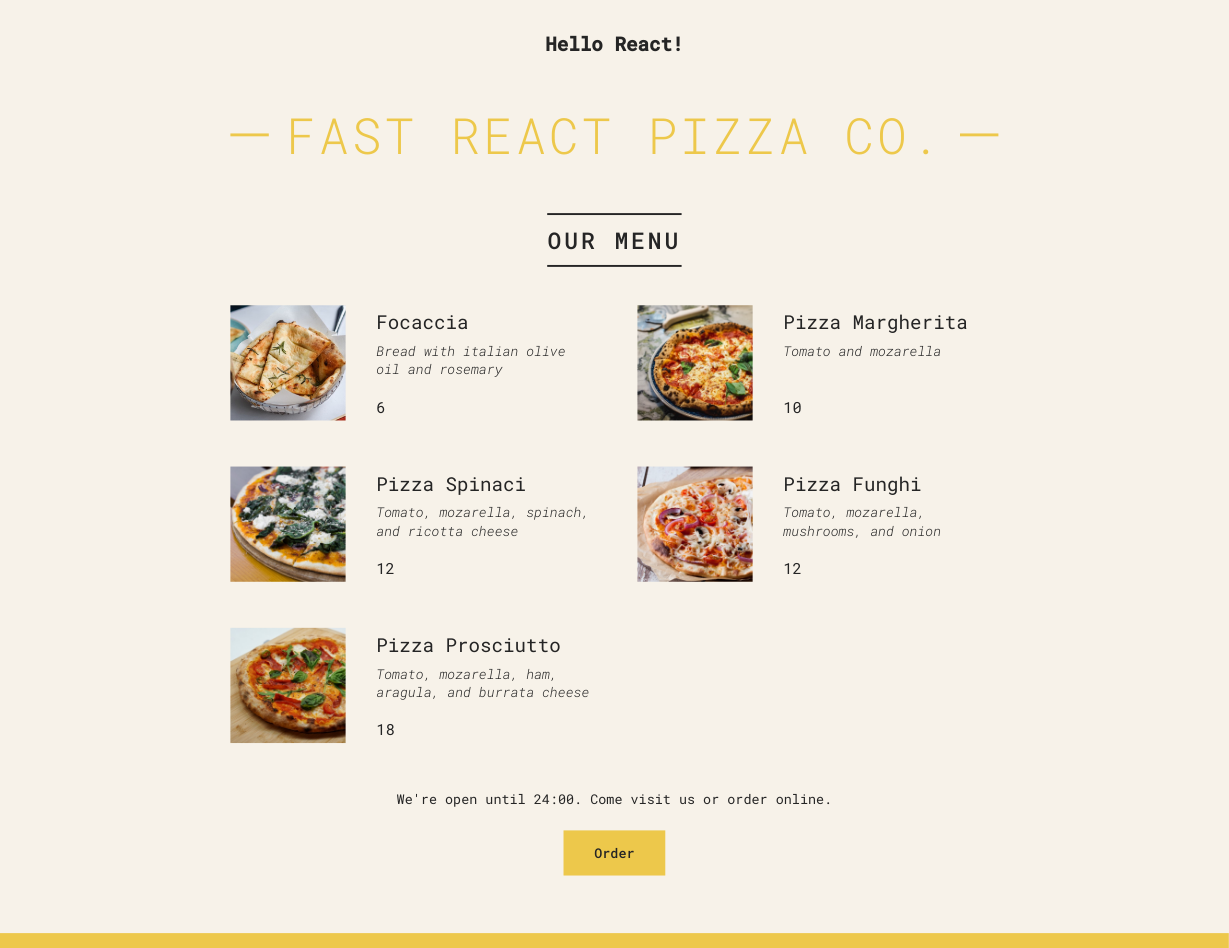
Repository: Alphosmart/03_pizza-menu
Page: /
An editor plug-in stored every save of this project. The page is shown before and after the next save, followed by the edit.
The browser window is 1280 px wide. The pictures show the whole page, at 96% of full size.
The project was rebuilt for these pictures with package versions that can differ from the ones it lists, and the page was loaded fresh each time.

Above is the page before, as saved 2024-06-17 23:57:46.

After the next save:
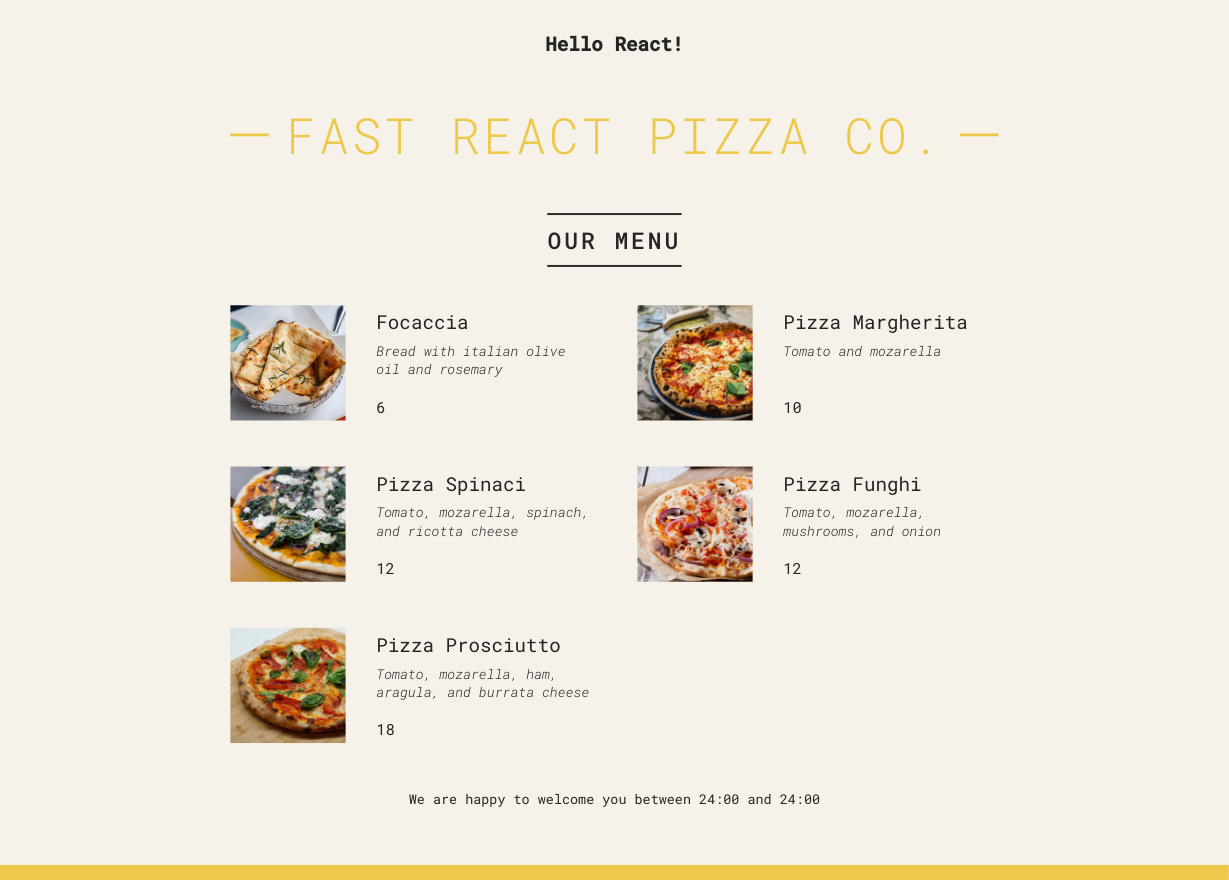
Saved 20 s later.
--- a/src/index.js
+++ b/src/index.js
@@ -120,7 +120,7 @@
 }
 function Footer() {
   const hour = new Date().getHours();
-  const openHour = 12;
+  const openHour = 24;
   const closeHour = 24;
   const isOpen = hour >= openHour && hour <= closeHour;
   console.log(isOpen);

After the save that followed:
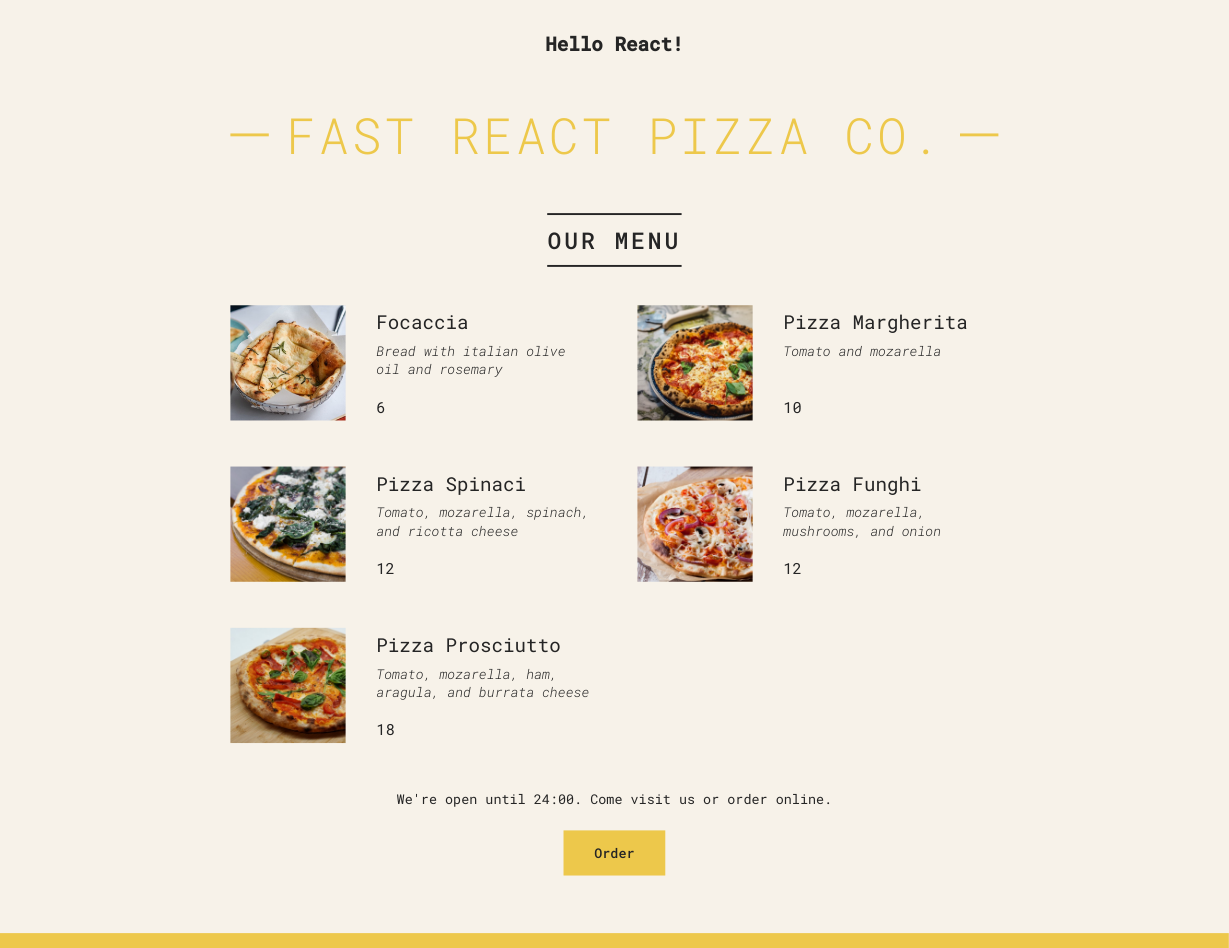
Saved 21 s later.
--- a/src/index.js
+++ b/src/index.js
@@ -120,7 +120,7 @@
 }
 function Footer() {
   const hour = new Date().getHours();
-  const openHour = 24;
+  const openHour = 12;
   const closeHour = 24;
   const isOpen = hour >= openHour && hour <= closeHour;
   console.log(isOpen);
